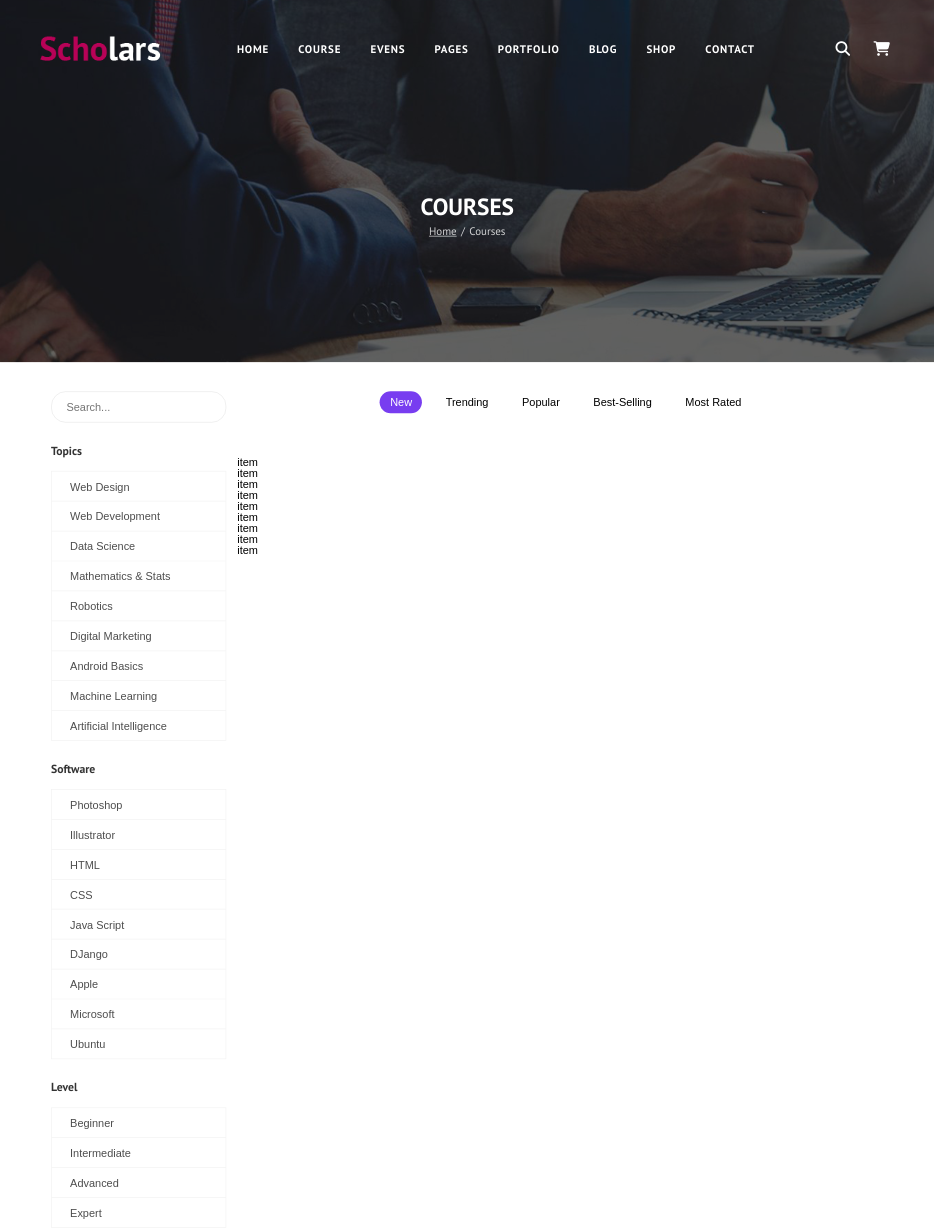
Repository: lannguyen1301/f8-zoom-day-7
Page: index.html
The author's editor kept a copy of each file at every save. The page is drawn from the files as they stood at one save, then again after the next save.
The browser window is 1280 px wide. The pictures show the whole page, at 73% of full size.
Some web fonts or font styles are not loaded; a fallback is used.

Above is the page before, as saved 2025-04-24 23:46:52.

After the next save:
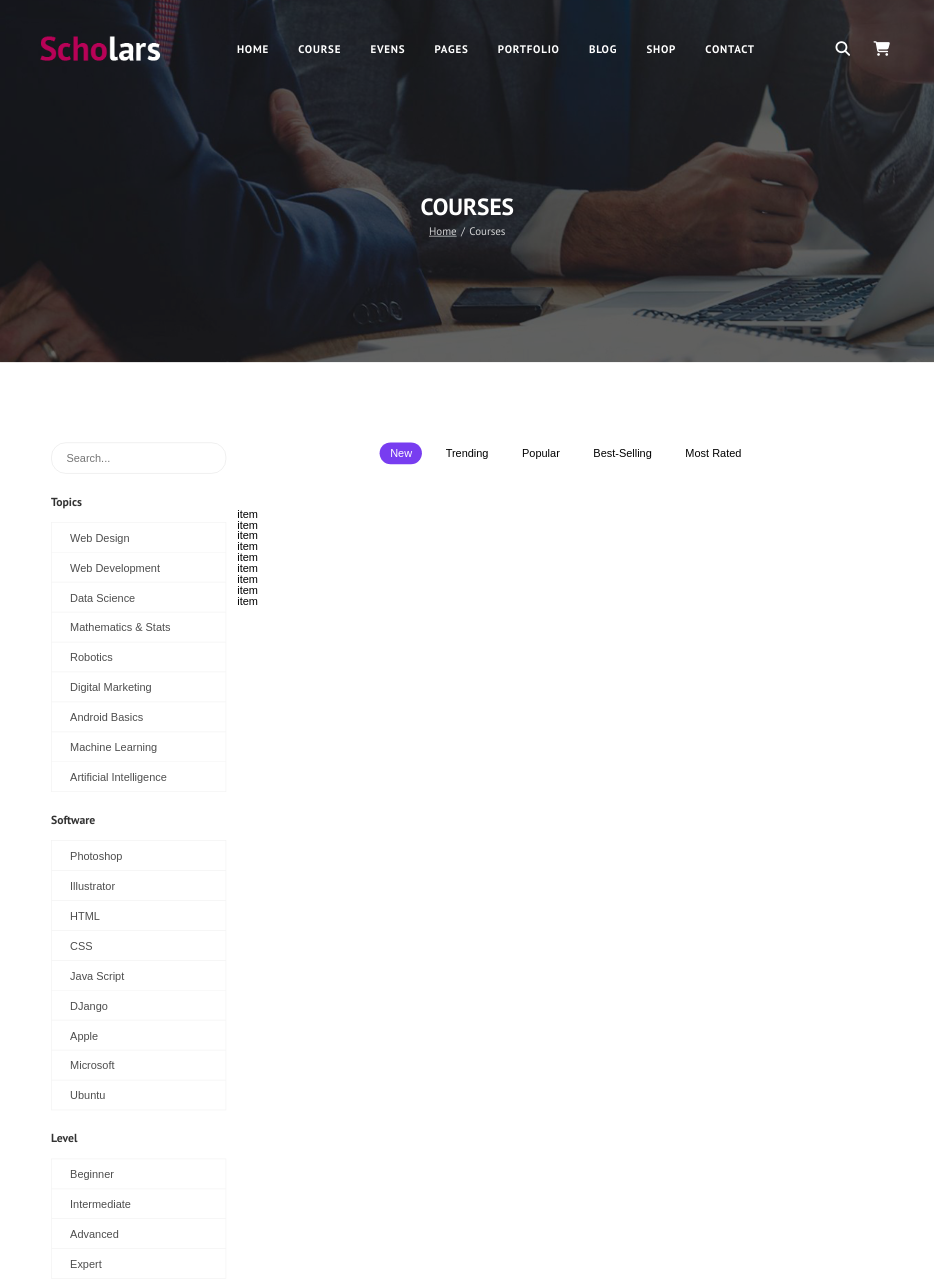
Saved 3 min 34 s later.
--- a/assets/css/style.css
+++ b/assets/css/style.css
@@ -148,7 +148,7 @@ h1.heading {
 
 /* Start main */
 .main {
-    margin-top: 40px;
+    margin-top: 110px;
 }
 
 .main .inner {
